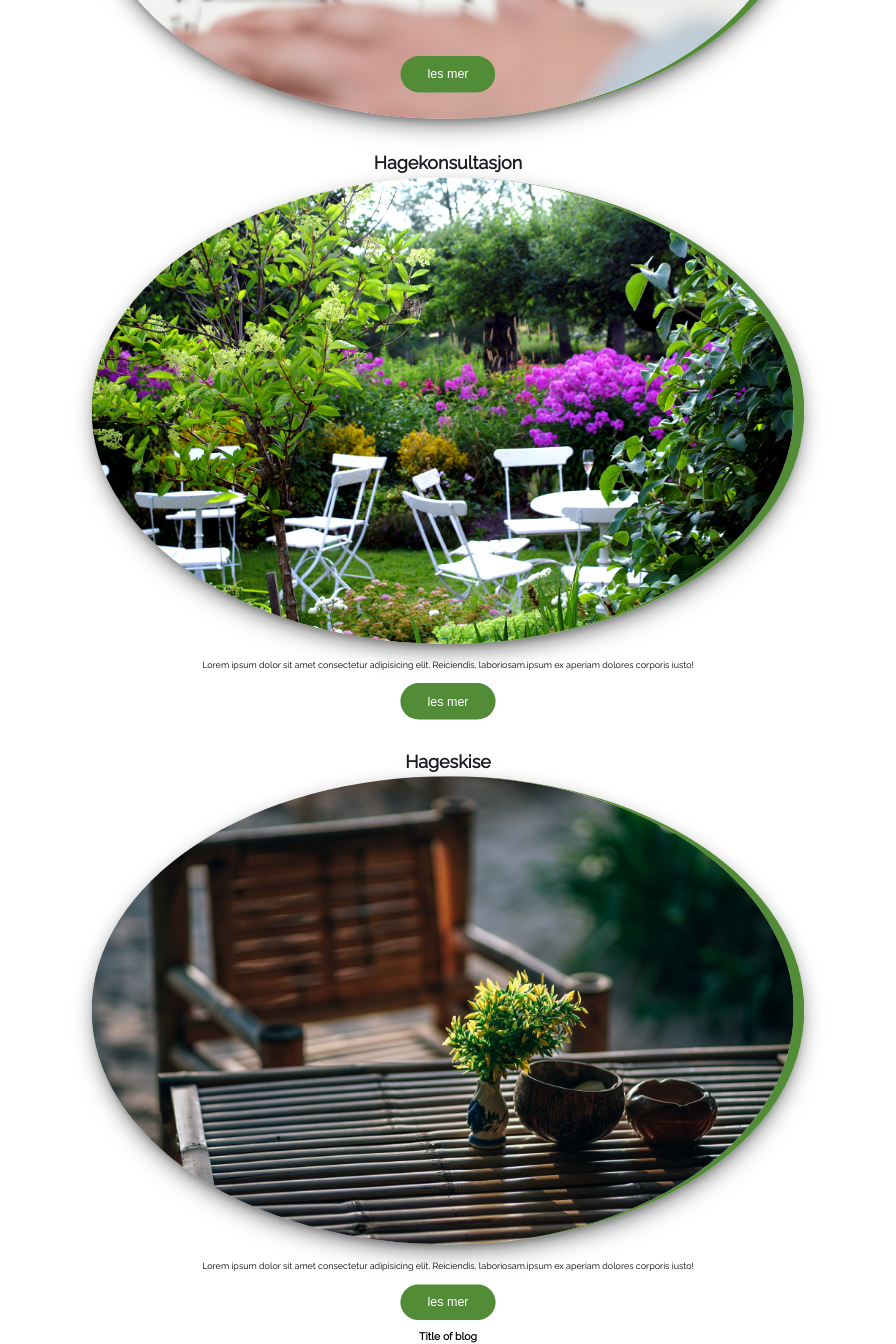
Repository: marinazzz/garden-design-website
Page: Garden design website/index.html
The author's editor kept a copy of each file at every save. The page is drawn from the files as they stood at one save, then again after the next save.
The browser window is 1280 px wide. The pictures show the part of the page from y = 1687 to 3607 px (the page is 3677 px tall before and 3574 px after), at 70% of full size.

Above is the page before, as saved 2020-03-31 14:52:25.

After the next save:
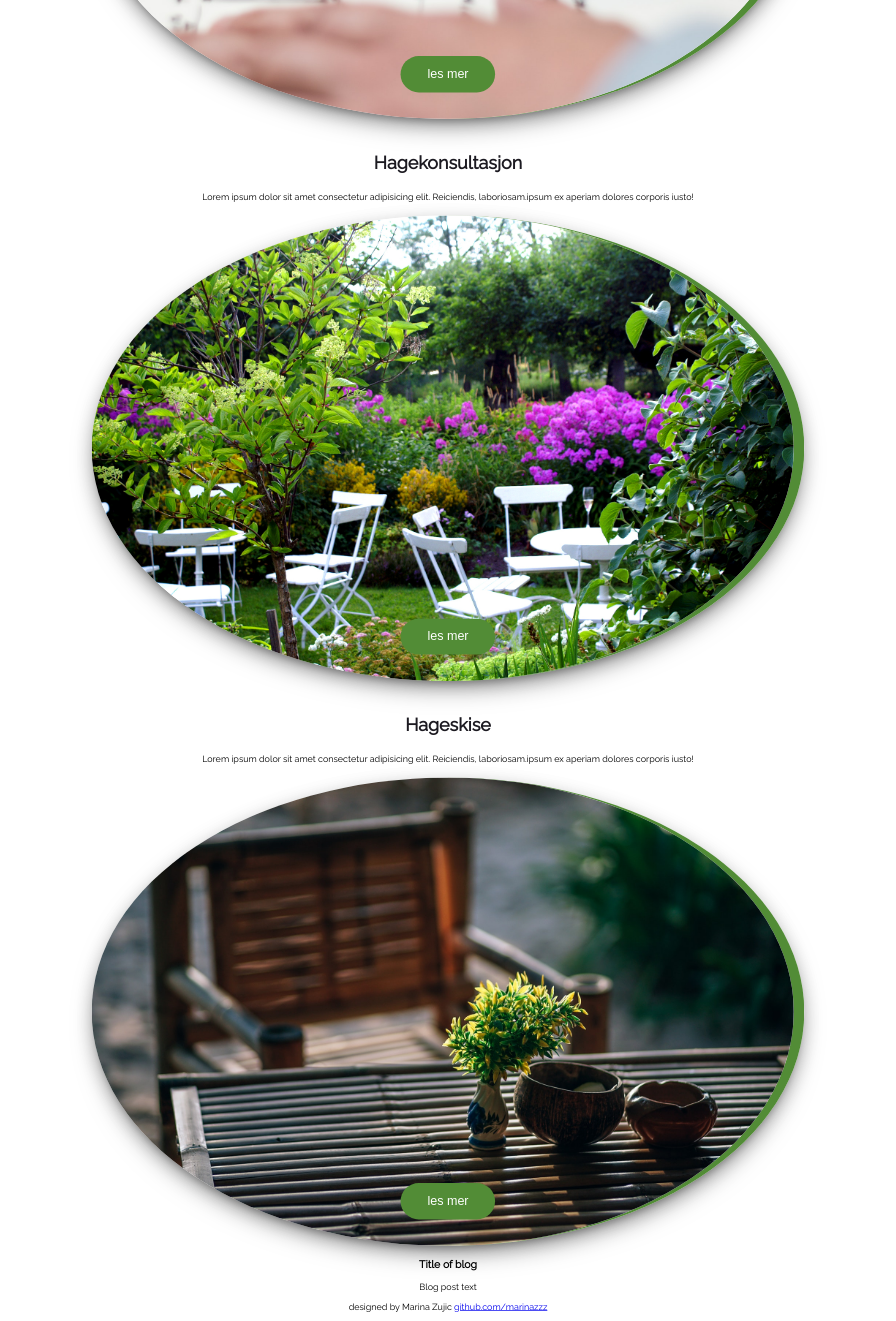
Saved 10 min 7 s later.
--- a/Garden design website/index.html
+++ b/Garden design website/index.html
@@ -140,15 +140,19 @@
             </section>
             <section class="services-item">
                 <h2 class= "services-item-title">Hagekonsultasjon</h2>
-                <img class="services-photo" src="images/colorful-garden-1226667-1919x1272.jpg" alt="Hagekonsultasjon med hagedesigner">
                 <p class="services-txt">Lorem ipsum dolor sit amet consectetur adipisicing elit. Reiciendis, laboriosam.ipsum ex aperiam dolores corporis iusto!</p>
-                <button class="services-toggle">les mer</button>
+                <div class="position-button">
+                    <img class="services-photo" src="images/colorful-garden-1226667-1919x1272.jpg" alt="Hagekonsultasjon med hagedesigner">
+                    <button class="services-toggle">les mer</button>
+                </div>
             </section>
             <section class="services-item">
                 <h2 class="services-item-title">Hageskise</h2>
-                <img class="services-photo" src="images/selective-focus-photography-of-green-leafed-plant-on-table-1424464.jpg" alt="Hagedesigner hjelp">
                 <p class="services-txt">Lorem ipsum dolor sit amet consectetur adipisicing elit. Reiciendis, laboriosam.ipsum ex aperiam dolores corporis iusto!</p>
-                <button class="services-toggle">les mer</button>
+                <div class="position-button">
+                    <img class="services-photo" src="images/selective-focus-photography-of-green-leafed-plant-on-table-1424464.jpg" alt="Hagedesigner hjelp">
+                    <button class="services-toggle">les mer</button>
+                </div>
             </section>
             </div>
          </section>
